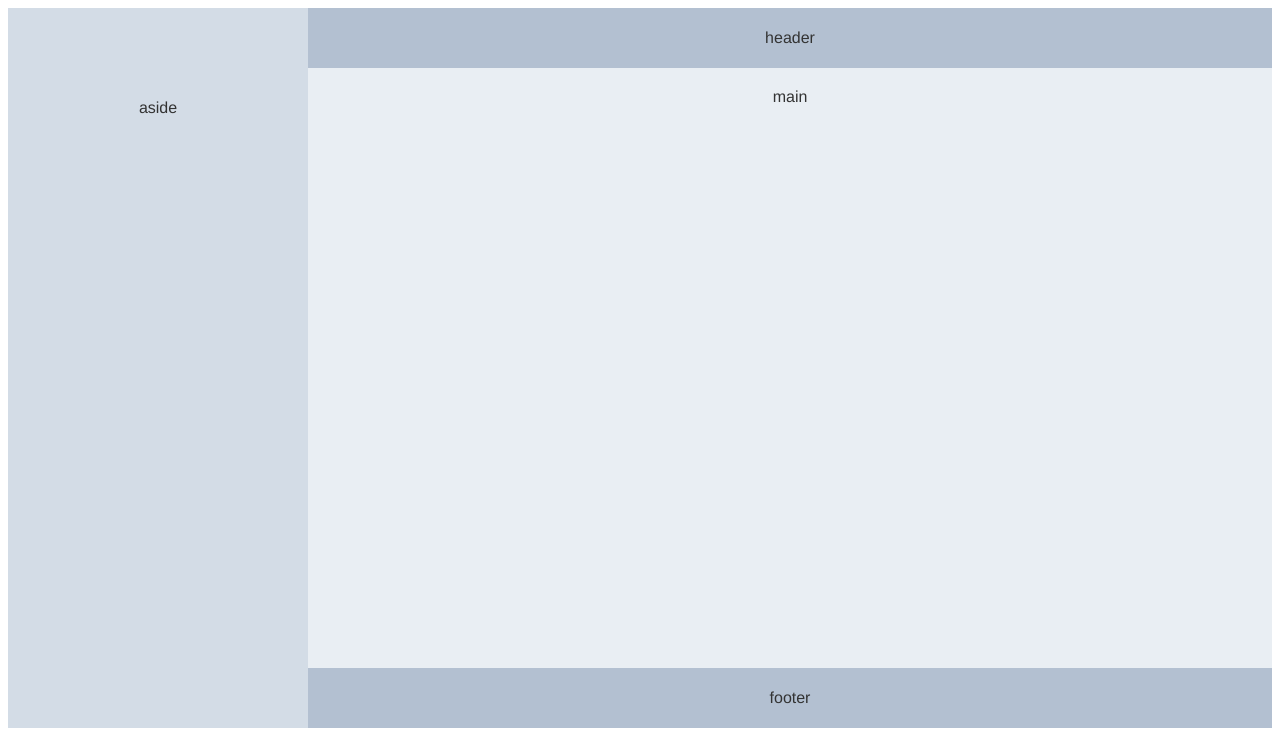
Repository: lagezhou888/element-vue2
Page: /#/button
These files come from the project's save history. The page is drawn as it stood at one moment and after the next save; the edit follows.
The browser window is 1280 px wide. The pictures show the whole page.
The project was rebuilt for these pictures with package versions that can differ from the ones it lists, and the page was loaded fresh each time. Also part of the build but not shown: src/components/HelloWorld.vue, src/views/Home.vue.

Above is the page before, as saved 2021-05-13 15:21:38.

After the next save:
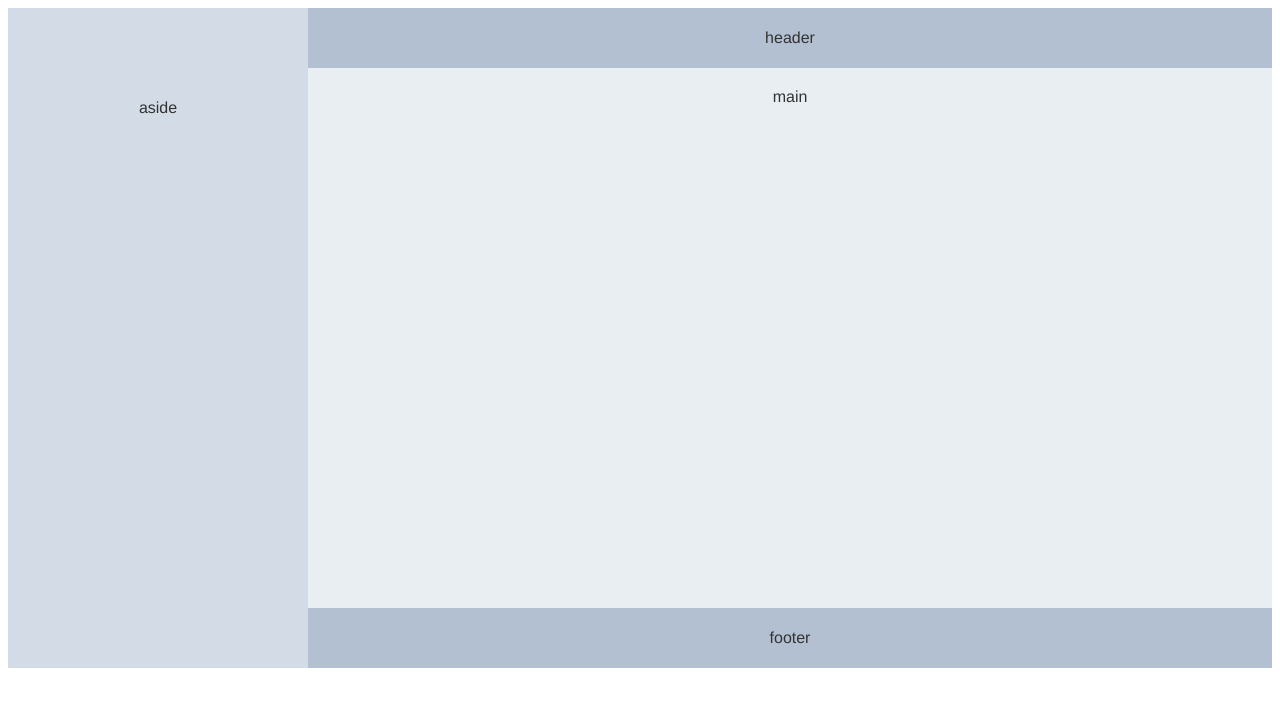
Saved 3 min 50 s later.
--- a/src/views/components/use-button.vue
+++ b/src/views/components/use-button.vue
@@ -60,7 +60,7 @@
     background-color: #E9EEF3;
     color: #333;
     text-align: center;
-    height: calc(100vh - 120px)
+    height: calc(100vh - 180px)
   }
 
   body > .el-container {

After the save that followed:
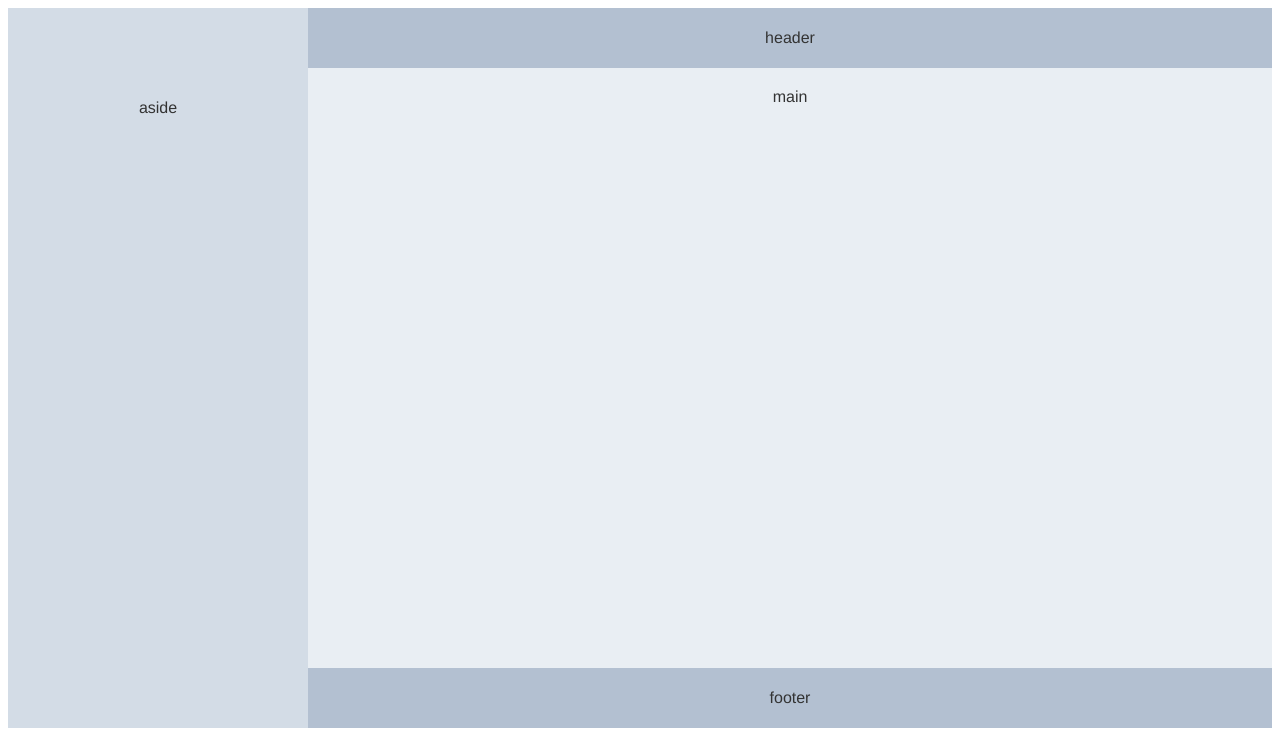
Saved 5 s later.
--- a/src/views/components/use-button.vue
+++ b/src/views/components/use-button.vue
@@ -60,7 +60,7 @@
     background-color: #E9EEF3;
     color: #333;
     text-align: center;
-    height: calc(100vh - 180px)
+    height: calc(100vh - 120px)
   }
 
   body > .el-container {
